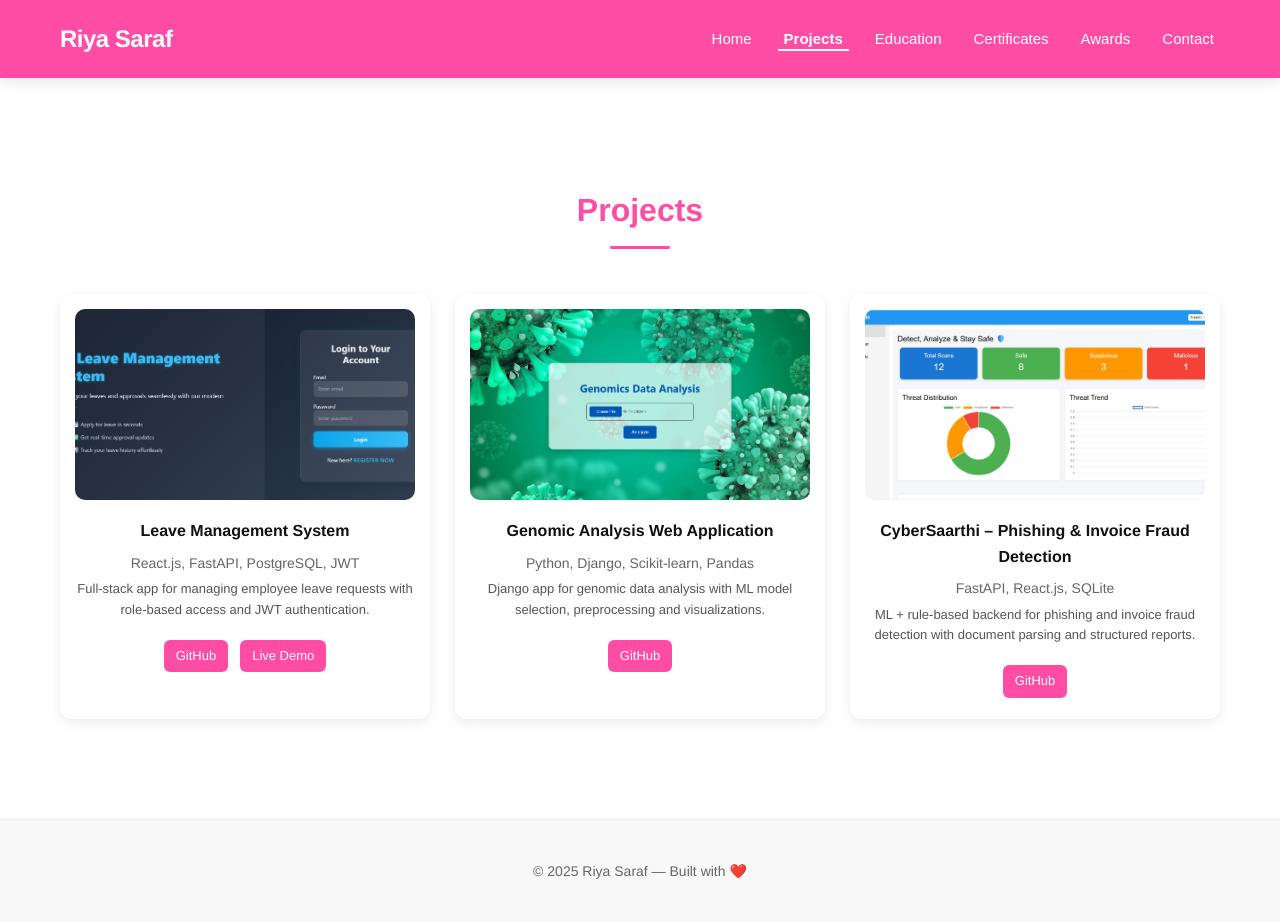
Repository: riyaaaa19/riya-portfolio
Page: /, after clicking the first element matching `nav > :nth-child(2)`
The author's editor kept a copy of each file at every save. The page is drawn from the files as they stood at one save, then again after the next save.
The browser window is 1280 px wide. The pictures show the whole page.
The project was rebuilt for these pictures with package versions that can differ from the ones it lists, and the page was loaded fresh each time.

Above is the page before, as saved 2025-09-13 16:21:59.

### src/App.js
import React, { useState } from "react";
import { Mail, Github, Linkedin } from "lucide-react";
import TimelineCard from "./components/TimelineCard"; // adjust path if needed
import "./styles.css"; // Add styles here

export default function RiyaSarafPortfolio() {
  const [activePage, setActivePage] = useState("home");

  const projects = [
    {
      title: "Leave Management System",
      tech: "React.js, FastAPI, PostgreSQL, JWT",
      desc: "Full-stack app for managing employee leave requests with role-based access and JWT authentication.",
      github: "https://github.com/riyaaaa19/leave-management-system",
      live: "https://leave-management-system-cltb.onrender.com/",
      img: "/images/leave.png",
    },
    {
      title: "Genomic Analysis Web Application",
      tech: "Python, Django, Scikit-learn, Pandas",
      desc: "Django app for genomic data analysis with ML model selection, preprocessing and visualizations.",
      github: "https://github.com/riyaaaa19/genomic-analysis-django",
      img: "/images/genomics.png",
    },
    {
      title: "CyberSaarthi – Phishing & Invoice Fraud Detection",
      tech: "FastAPI, React.js, SQLite",
      desc: "ML + rule-based backend for phishing and invoice fraud detection with document parsing and structured reports.",
      github: "https://github.com/riyaaaa19/CyberSaarthi",
      img: "/images/cyber.png",
    },
  ];

  const education = [
    { school: "BADERIA GLOBAL INSTITUTE OF ENGINEERING AND MANAGEMENT", degree: "B.Tech CSE (Data Science)", year: "2022 – 2026", score: "CGPA: 8.28" },
    { school: "Nachiketa Higher Secondary School, Jabalpur", degree: "Class 12th • PCM • State Board", year: "2022", score: "Percentage: 73.4%" },
    { school: "Nachiketa Higher Secondary School, Jabalpur", degree: "Class 10th • State Board", year: "2020", score: "Percentage: 92%" },
  ];

  const certificates = [
    { title: "PCAP: Programming Essentials in Python", img: "/images/certificate1.jpg" },
    { title: "Introduction to Data Science — Cisco", img: "/images/certificate2.jpg" },
    { title: "Accenture Data Analytics Simulation", img: "/images/certificate3.jpg" },
    { title: "Global Entrepreneur Summit — IIT Kharagpur", img: "/images/certificate4.jpg" },
  ];

  const awards = [
    { title: "Branch Topper — 2023, 2024, 2025", img: "/images/award1.jpg" },
    { title: "Best Girls Team Award — Hack SRIT 2025", img: "/images/award2.jpg" },
    { title: "1st Runner-Up — Ecopreneur Hackathon", img: "/images/award3.jpg" },
  ];

  return (
    <div>
      <header>
        <h1>Riya Saraf</h1>
        <nav>
          {["home", "projects", "education", "certificates", "awards", "contact"].map((page) => (
            <button
              key={page}
              onClick={() => setActivePage(page)}
              className={activePage === page ? "active" : ""}
            >
              {page.charAt(0).toUpperCase() + page.slice(1)}
            </button>
          ))}
        </nav>
      </header>

      {activePage === "home" && (
        <section className="hero">
          <div className="hero-text">
            <h2>Full-Stack Developer & Data Science Enthusiast</h2>
            <h3>Motivated Computer Science Undergraduate</h3>
            <p>
              Skilled in Python, full-stack development, and AI/ML. Passionate about building impactful
              solutions and contributing to open-source projects.
            </p>
            <div style={{ marginTop: "20px" }}>
              <button className="cta" onClick={() => setActivePage("projects")}>View Projects</button>
              <button className="outline" onClick={() => setActivePage("contact")}>Contact Me</button>
            </div>
            <div className="social-icons">
              <a href="https://linkedin.com/in/riya-saraf-9223a9257" target="_blank" rel="noreferrer">
                <Linkedin size={16} /> LinkedIn
              </a>
              <a href="https://github.com/riyaaaa19" target="_blank" rel="noreferrer">
                <Github size={16} /> GitHub
              </a>
              <a href="mailto:riyasaraf19@gmail.com">
                <Mail size={16} /> Email
              </a>
            </div>
          </div>
          <div className="hero-img">
            <img src="/images/leave.png" alt="Coding" />
          </div>
        </section>
      )}

      {activePage === "projects" && (
        <section>
          <h2>Projects</h2>
          <div className="grid">
            {projects.map((p, i) => (
              <TimelineCard
                key={i}
                title={p.title}
                subtitle={p.tech}
                img={p.img}
                score={<span style={{ color: "#555" }}>{p.desc}</span>}
                github={p.github}
                live={p.live}
                type="project"
              />
            ))}
          </div>
        </section>
      )}

      {activePage === "education" && (
        <section>
          <h2>Education</h2>
          {education.map((e, i) => (
            <TimelineCard
              key={i}
              title={e.school}
              subtitle={e.degree}
              year={e.year}
              score={e.score}
              icon="🎓"
              type="education"
            />
          ))}
        </section>
      )}

      {activePage === "certificates" && (
        <section>
          <h2>Certificates</h2>
          <div className="grid">
            {certificates.map((c, i) => (
              <TimelineCard key={i} title={c.title} img={c.img} type="certificate" />
            ))}
          </div>
        </section>
      )}

      {activePage === "awards" && (
        <section>
          <h2>Awards</h2>
          <div className="grid">
            {awards.map((a, i) => (
              <TimelineCard key={i} title={a.title} img={a.img} type="award" />
            ))}
          </div>
        </section>
      )}

      {activePage === "contact" && (
        <section>
          <h2>Contact</h2>
          <p>Email: <a href="mailto:riyasaraf19@gmail.com" style={{ color: "#ff4da6" }}>riyasaraf19@gmail.com</a></p>
          <p>LinkedIn: <a href="https://linkedin.com/in/riya-saraf-9223a9257" target="_blank" rel="noreferrer" style={{ color: "#ff4da6" }}>linkedin.com/in/riya-saraf</a></p>
          <p>GitHub: <a href="https://github.com/riyaaaa19" target="_blank" rel="noreferrer" style={{ color: "#ff4da6" }}>github.com/riyaaaa19</a></p>
        </section>
      )}

      <footer>© {new Date().getFullYear()} Riya Saraf — Built with ❤️</footer>
    </div>
  );
}

### src/styles.css
body {
  margin: 0;
  font-family: 'Helvetica Neue', Arial, sans-serif;
  background: linear-gradient(135deg, #fdfbfb 0%, #ebedee 100%);
  color: #111;
  line-height: 1.6;
  scroll-behavior: smooth;
}

/* ===== Header ===== */
header {
  position: sticky;
  top: 0;
  background: #ff4da6;
  padding: 20px 60px;
  display: flex;
  justify-content: space-between;
  align-items: center;
  z-index: 100;
  box-shadow: 0 4px 12px rgba(0, 0, 0, 0.1);
  animation: slideDown 0.8s ease-in-out;
}

header h1 {
  margin: 0;
  font-size: 24px;
  font-weight: 700;
  color: #fff;
  letter-spacing: -0.5px;
  transition: transform 0.3s ease;
}

header h1:hover {
  transform: scale(1.08);
}

nav button {
  background: none;
  border: none;
  margin-left: 20px;
  font-size: 15px;
  color: #fff;
  cursor: pointer;
  transition: color 0.3s, border-bottom 0.3s, transform 0.3s;
}

nav button.active {
  font-weight: 600;
  border-bottom: 2px solid #fff;
  padding-bottom: 2px;
}

nav button:hover {
  color: #ffe3f0;
  transform: translateY(-2px);
}

/* ===== Sections ===== */
section {
  padding: 80px 60px;
  background: white;
  animation: fadeIn 1s ease-in;
}

section h2 {
  font-size: 32px;
  font-weight: 700;
  margin-bottom: 25px;
  color: #ff4da6;
  text-align: center;
  position: relative;
}

section h2::after {
  content: "";
  width: 60px;
  height: 3px;
  background: #ff4da6;
  display: block;
  margin: 10px auto 0;
  border-radius: 2px;
  animation: expand 0.8s ease-in-out;
}

/* ===== Hero ===== */
.hero {
  display: flex;
  flex-direction: row;
  justify-content: space-between;
  align-items: center;
  gap: 40px;
}

.hero-text {
  flex: 1;
  animation: fadeUp 1s ease-in-out;
}

.hero-text h2 {
  font-size: 42px;
  font-weight: 800;
  margin-bottom: 10px;
  background: linear-gradient(45deg, #ff4da6, #ff7eb9);
  background-clip: text;
  -webkit-background-clip: text;

  color: transparent;
  -webkit-text-fill-color: transparent;
}

.hero-text h3 {
  font-size: 18px;
  font-weight: 500;
  color: #ff4da6;
  margin-bottom: 20px;
}

.hero-img img {
  max-width: 400px;
  border-radius: 16px;
  box-shadow: 0 8px 20px rgba(0, 0, 0, 0.15);
  transition: transform 0.5s ease;
}

.hero-img img:hover {
  transform: scale(1.05) rotate(-1deg);
}

/* ===== Buttons ===== */
button.cta {
  background: linear-gradient(45deg, #ff4da6, #ff7eb9);
  color: white;
  border: none;
  padding: 10px 18px;
  border-radius: 25px;
  font-weight: 600;
  cursor: pointer;
  transition: transform 0.3s, box-shadow 0.3s;
}

button.cta:hover {
  transform: translateY(-2px);
  box-shadow: 0 4px 12px rgba(255, 77, 166, 0.4);
}

button.outline {
  background: none;
  border: 2px solid #ff4da6;
  color: #ff4da6;
  padding: 10px 18px;
  border-radius: 25px;
  font-weight: 600;
  cursor: pointer;
  transition: all 0.3s ease-in-out;
}

button.outline:hover {
  background: #ff4da6;
  color: white;
  box-shadow: 0 4px 12px rgba(255, 77, 166, 0.4);
}

/* ===== Cards Grid ===== */
.grid {
  display: grid;
  grid-template-columns: repeat(auto-fit, minmax(320px, 1fr));
  gap: 25px;
  padding: 20px 0;
}

.grid img {
  border-radius: 12px;
  transition: transform 0.4s ease, box-shadow 0.4s ease;
}

.grid img:hover {
  transform: scale(1.03);
  box-shadow: 0 10px 20px rgba(0, 0, 0, 0.1);
}

/* ===== Footer ===== */
footer {
  text-align: center;
  padding: 40px 0;
  font-size: 14px;
  color: #666;
  background: #f8f8f8;
  border-top: 1px solid #eee;
}

/* ===== Animations ===== */
@keyframes fadeIn {
  0% { opacity: 0; transform: translateY(20px); }
  100% { opacity: 1; transform: translateY(0); }
}

@keyframes fadeUp {
  0% { opacity: 0; transform: translateY(40px); }
  100% { opacity: 1; transform: translateY(0); }
}

@keyframes slideDown {
  0% { transform: translateY(-100%); }
  100% { transform: translateY(0); }
}

@keyframes expand {
  from { width: 0; }
  to { width: 60px; }
}

### src/components/TimelineCard.js
import React from "react";

export default function TimelineCard({
  icon, title, subtitle, year, score, img, type, github, live
}) {
  let imageStyle = {};

  if (type === "project") {
    imageStyle = {
      width: "100%",
      aspectRatio: "16/9", // 🔳 Rectangle format
      objectFit: "cover",
      borderRadius: "10px",
      marginBottom: "10px",
    };
  } else if (type === "certificate" || type === "award") {
    imageStyle = {
      width: "100%",
      aspectRatio: "4/3",
      objectFit: "contain",
      background: "#f8f8f8",
      borderRadius: "10px",
      marginBottom: "10px",
      padding: "6px",
    };
  }

  const baseStyle =
    type === "certificate" || type === "award" || type === "project"
      ? {
          background: "#fff",
          padding: "15px",
          borderRadius: "12px",
          boxShadow: "0 4px 12px rgba(0,0,0,0.08)",
          textAlign: "center",
          transition: "transform 0.2s",
        }
      : {
          borderLeft: "3px solid #ff4da6",
          padding: "15px 20px",
          marginBottom: "20px",
          background: "#fff",
          borderRadius: "10px",
          position: "relative",
        };

  const buttonStyle = {
    display: "inline-block",
    margin: "6px",
    padding: "6px 12px",
    fontSize: "13px",
    borderRadius: "6px",
    border: "none",
    cursor: "pointer",
    background: "#ff4da6",
    color: "#fff",
    textDecoration: "none",
    transition: "background 0.2s",
  };

  const hoverStyle = { background: "#e04494" };

  return (
    <div
      style={baseStyle}
      onMouseOver={(e) => (e.currentTarget.style.transform = "scale(1.03)")}
      onMouseOut={(e) => (e.currentTarget.style.transform = "scale(1)")}
    >
      {img && <img src={img} alt={title} style={imageStyle} />}
      <h4 style={{ margin: "0 0 8px 0", fontSize: "16px", fontWeight: "600" }}>{title}</h4>
      {subtitle && <p style={{ margin: 0, color: "#666", fontSize: "14px" }}>{subtitle}</p>}
      {year && <p style={{ margin: "4px 0", fontSize: "13px", color: "#999" }}>{year}</p>}
      {score && <p style={{ marginTop: "5px", fontSize: "13px", color: "#444" }}>{score}</p>}

      {/* Buttons for project cards */}
      {type === "project" && (
        <div style={{ marginTop: "10px" }}>
          {github && (
            <a
              href={github}
              target="_blank"
              rel="noopener noreferrer"
              style={buttonStyle}
              onMouseOver={(e) => (e.currentTarget.style.background = hoverStyle.background)}
              onMouseOut={(e) => (e.currentTarget.style.background = buttonStyle.background)}
            >
              GitHub
            </a>
          )}
          {live && (
            <a
              href={live}
              target="_blank"
              rel="noopener noreferrer"
              style={buttonStyle}
              onMouseOver={(e) => (e.currentTarget.style.background = hoverStyle.background)}
              onMouseOut={(e) => (e.currentTarget.style.background = buttonStyle.background)}
            >
              Live Demo
            </a>
          )}
        </div>
      )}

      {type === "education" && (
        <span
          style={{
            position: "absolute",
            left: "-9px",
            top: "15px",
            width: "14px",
            height: "14px",
            borderRadius: "50%",
            background: "#ff4da6",
          }}
        >
          {icon}
        </span>
      )}
    </div>
  );
}

Loaded but not shown: public/index.html (common file); src/index.js (common file)

After the next save:
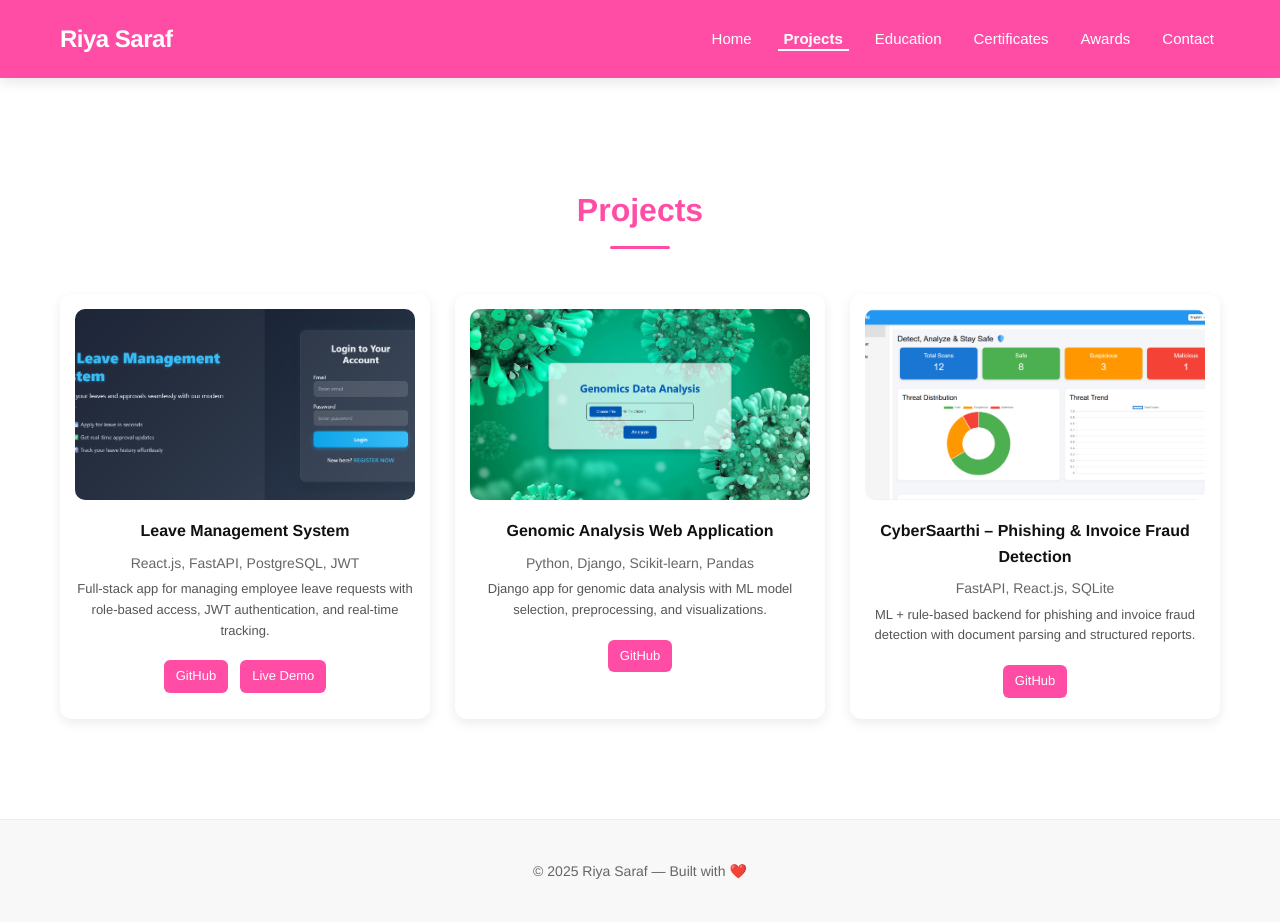
Not found: images/profile.png
Saved 44 min 27 s later.
--- a/src/App.js
+++ b/src/App.js
@@ -1,7 +1,7 @@
 import React, { useState } from "react";
 import { Mail, Github, Linkedin } from "lucide-react";
-import TimelineCard from "./components/TimelineCard"; // adjust path if needed
-import "./styles.css"; // Add styles here
+import TimelineCard from "./components/TimelineCard";
+import "./styles.css";
 
 export default function RiyaSarafPortfolio() {
   const [activePage, setActivePage] = useState("home");
@@ -10,7 +10,7 @@ export default function RiyaSarafPortfolio() {
     {
       title: "Leave Management System",
       tech: "React.js, FastAPI, PostgreSQL, JWT",
-      desc: "Full-stack app for managing employee leave requests with role-based access and JWT authentication.",
+      desc: "Full-stack app for managing employee leave requests with role-based access, JWT authentication, and real-time tracking.",
       github: "https://github.com/riyaaaa19/leave-management-system",
       live: "https://leave-management-system-cltb.onrender.com/",
       img: "/images/leave.png",
@@ -18,7 +18,7 @@ export default function RiyaSarafPortfolio() {
     {
       title: "Genomic Analysis Web Application",
       tech: "Python, Django, Scikit-learn, Pandas",
-      desc: "Django app for genomic data analysis with ML model selection, preprocessing and visualizations.",
+      desc: "Django app for genomic data analysis with ML model selection, preprocessing, and visualizations.",
       github: "https://github.com/riyaaaa19/genomic-analysis-django",
       img: "/images/genomics.png",
     },
@@ -70,11 +70,13 @@ export default function RiyaSarafPortfolio() {
       {activePage === "home" && (
         <section className="hero">
           <div className="hero-text">
-            <h2>Full-Stack Developer & Data Science Enthusiast</h2>
-            <h3>Motivated Computer Science Undergraduate</h3>
+            <h2>Hi There, I'm <span className="highlight">Riya Saraf</span></h2>
+            <h3>
+              I Am Into <span className="typing">Web Development | Data Science | AI/ML</span>
+            </h3>
             <p>
-              Skilled in Python, full-stack development, and AI/ML. Passionate about building impactful
-              solutions and contributing to open-source projects.
+              Motivated Computer Science undergraduate skilled in Python, full-stack development, and ML/AI.
+              Passionate about building impactful solutions and open-source contributions.
             </p>
             <div style={{ marginTop: "20px" }}>
               <button className="cta" onClick={() => setActivePage("projects")}>View Projects</button>
@@ -82,18 +84,22 @@ export default function RiyaSarafPortfolio() {
             </div>
             <div className="social-icons">
               <a href="https://linkedin.com/in/riya-saraf-9223a9257" target="_blank" rel="noreferrer">
-                <Linkedin size={16} /> LinkedIn
+                <Linkedin size={18} />
               </a>
               <a href="https://github.com/riyaaaa19" target="_blank" rel="noreferrer">
-                <Github size={16} /> GitHub
+                <Github size={18} />
               </a>
               <a href="mailto:riyasaraf19@gmail.com">
-                <Mail size={16} /> Email
+                <Mail size={18} />
               </a>
+              <a href="https://leetcode.com/u/riyaaa19/" target="_blank" rel="noreferrer">LC</a>
+              <a href="https://www.hackerrank.com/profile/riyasaraf19" target="_blank" rel="noreferrer">HR</a>
             </div>
           </div>
           <div className="hero-img">
-            <img src="/images/leave.png" alt="Coding" />
+            <div className="avatar-circle">
+              <img src="/images/profile.png" alt="Riya Saraf" />
+            </div>
           </div>
         </section>
       )}
